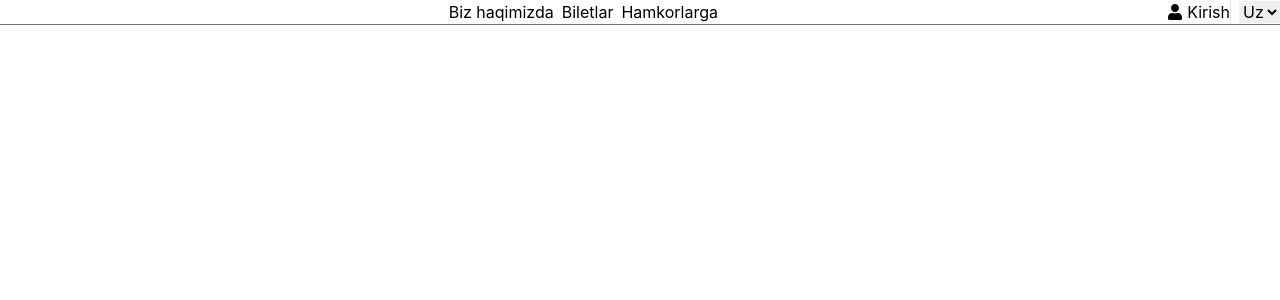
Repository: ziyodbek0300/avia-sales_
Page: /
An editor plug-in stored every save of this project. The page is shown before and after a run of saves, followed by the edit.
The browser window is 1280 px wide. The pictures show the whole page.
The project was rebuilt for these pictures with package versions that can differ from the ones it lists, and the page was loaded fresh each time.

Above is the page before, as saved 2022-06-01 23:56:59.

### src/index.js
import React from 'react';
import ReactDOM from 'react-dom/client';
import './index.scss';
import App from './App';
import { BrowserRouter } from 'react-router-dom';

const root = ReactDOM.createRoot(document.getElementById('root'));
root.render(
  <React.StrictMode>
    <BrowserRouter>
      <App />
    </BrowserRouter>
  </React.StrictMode>
)

### src/App.js
import { Route, Routes } from "react-router-dom";
import Navbar from "./components/navbar/Navbar";
import Home from "./containers/home/Home";

function App() {
  return (
    <div>
      <Navbar />
      <Routes>
        <Route path="/" element={<Home />} />
      </Routes>
    </div>
  );
}

export default App;

### src/components/navbar/Navbar.jsx
import React from 'react'
import { FaUser } from 'react-icons/fa';

function Navbar() {
    return (
        <div className='border-b border-b-slate-500'>
            <nav className=' flex justify-between items-center max-w-7xl mx-auto'>
                <div className="logo"></div>
                <ul className='flex gap-2'>
                    <li>Biz haqimizda</li>
                    <li>Biletlar</li>
                    <li>Hamkorlarga</li>
                </ul>
                <ul className='flex gap-2'>
                    <li className='flex items-center border-r'>
                        <FaUser />&nbsp;Kirish
                    </li>
                    <li>
                        <select name="lang" id="lang" className='border-slate-500'>
                            <option value="uz">Uz</option>
                            <option value="uz">Ru</option>
                            <option value="uz">En</option>
                        </select>
                    </li>
                </ul>
            </nav>
        </div>
    )
}

export default Navbar

### src/containers/home/Home.jsx
import React from 'react'

function Home() {
  return (
    <div>
    </div>
  )
}

export default Home

Loaded but not shown: public/index.html (common file); src/index.scss (common file); tailwind.config.js (common file)

After the next 2 saves:
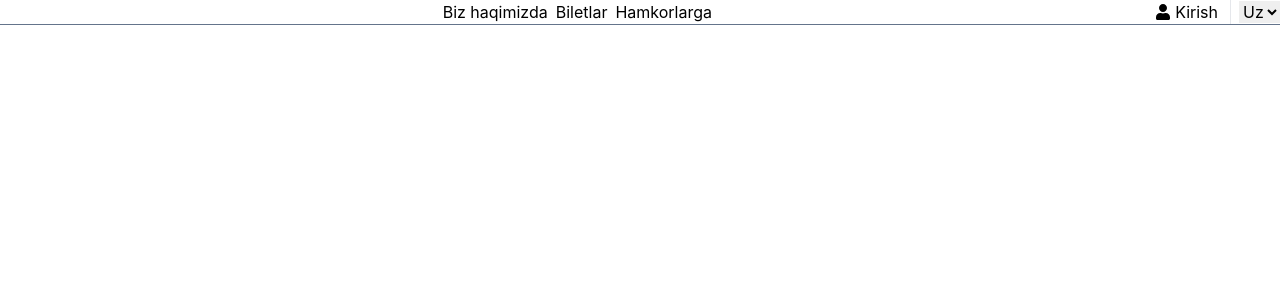
The 2 saves are shown as one change because they came seconds apart.
The last was saved 9 s later.
--- a/src/components/navbar/Navbar.jsx
+++ b/src/components/navbar/Navbar.jsx
@@ -12,7 +12,7 @@
                     <li>Hamkorlarga</li>
                 </ul>
                 <ul className='flex gap-2'>
-                    <li className='flex items-center border-r'>
+                    <li className='flex items-center border-r pr-3'>
                         <FaUser />&nbsp;Kirish
                     </li>
                     <li>
